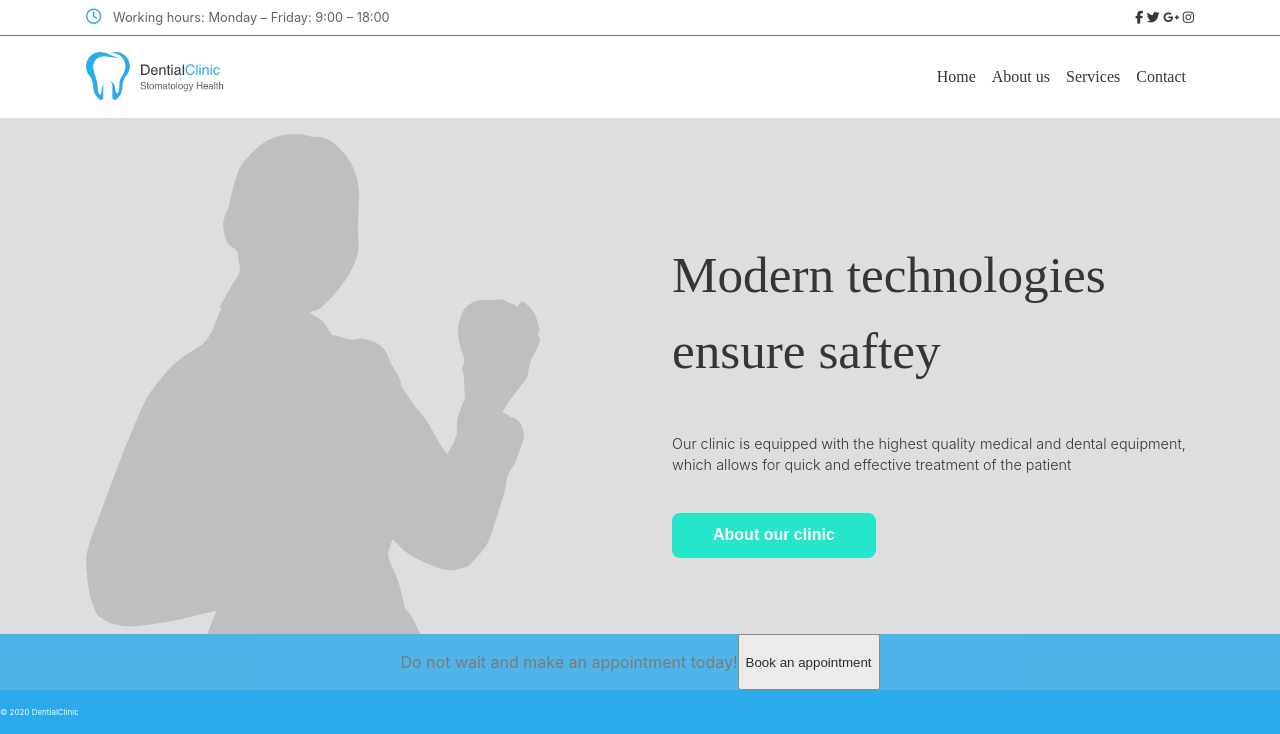
Repository: skepp4rn/uppgift1
Page: index.html
These files come from the project's save history. The page is drawn as it stood at one moment and after the next save; the edit follows.
The browser window is 1280 px wide. The pictures show the whole page.
Some web libraries are served in a nearby version.

Above is the page before, as saved 2020-12-01 20:21:28.

### index.html
<!DOCTYPE html>
<html lang="en">
<head>
    <meta charset="UTF-8">
    <meta name="viewport" content="width=device-width, initial-scale=1.0">
    <title>Document</title>

    <script src="https://kit.fontawesome.com/0abbda2fd3.js" crossorigin="anonymous"></script>
    <link rel="stylesheet" href="style.css">
</head>
<body>

    <nav class="navbar-top collapse">
        <div class="container">
            <div class="hours">
                <i class="far fa-clock"></i>
                Working hours: Monday – Friday: 9:00 – 18:00
            </div>
            <div class="#">
                <a href="#"><i class="fab fa-facebook-f"></i></a>
                <a href="#"><i class="fab fa-twitter"></i></a>
                <a href="#"><i class="fab fa-google-plus-g"></i></a>
                <a href="#"><i class="fab fa-instagram"></i></a>
            </div>
        </div>
    </nav>

    <nav class="navbar ">
        <div class="container">
            <a class="navbar-brand" href="#" >
                <img src="images/Logo.png" alt="">
            </a>
            <button class="navbar-toggler">
                <i class="fas fa-bars"></i>
            </button>
            <div class="collapse navbar-collapse">
                <div class="navbar-nav">
                    <a class="nav-link" href="#">Home</a>
                    <a class="nav-link" href="#">About us</a>
                    <a class="nav-link" href="#">Services</a>
                    <a class="nav-link" href="#">Contact</a>
                </div>
            </div>
        </div>
    </nav>

    <section id="showcase" class="bg-gray">
        <div class="container">
            <img src="images/placehold-girl.svg" alt="">
            <div class="content-box">
                <div class="content">
                    <h1>Modern technologies ensure saftey</h1>
                    <p>Our clinic is equipped with the highest quality medical and dental equipment, which allows for quick and effective treatment of the patient</p>
                    <button class="btn btn-green">About our clinic</button>
                </div>
            </div>
        </div>
    </section>












   <div class="grid">
        <section id="appointment">
            <div class="overlay d-flex justify-content-center">
                <p>Do not wait and make an appointment today!</p>
                <button>Book an appointment</button>
            </div>
        </section>
        <footer class="bg-blue">© 2020 DentialClinic</footer>
    </div>

</body>
</html>

### style.css
* {
    box-sizing: border-box;
}

html, body {
    font-weight: 400;
    font-family: -apple-system, BlinkMacSystemFont, 'Segoe UI', Roboto, Oxygen, Ubuntu, Cantarell, 'Open Sans', 'Helvetica Neue', sans-serif;
    line-height: 1.5;
    font-size: 16px;
    margin: 0;
    padding: 0;
    color: #626262;
}

.border {
    border: 1px solid black;
}

a {
    color: #363636;
    text-decoration: none;
    background-color: transparent;
}

a:hover {
    color: #25E6C8;
}

.bg-dark {
   background: #333333;
   color: #ffffff;
}

.bg-light {
    background: #f7f7f7;
    color: #333333;
}

.bg-gray {
    background-color: #DEDEDE;

}



.btn {
    display: inline-block;
    font-weight: 400;
    text-align: center;
    vertical-align: middle;
    padding: 0.80rem 2.5rem;
    border-radius: 0.5rem;
    border: 1px solid transparent;
    background-color: transparent;
    font-size: 1rem;

}

.btn-green {
    color: #ffffff;
    background-color: #25E6C8;
    font-weight: bold;
    margin-top: 1.4rem;


}

.btn-green:hover {
    cursor: pointer;
    background-color: #2BAAEC;
}



.collapse:not(.show) {
    display: none;
}

.container {
    width: 100%;
    padding: 0 1rem;
    margin: 0 auto;
}

.navbar-top {
    border-bottom: 1px solid #707070;
}

.navbar, .navbar-top {
    display: flex;
    justify-content: space-between;
    padding: 0.5rem 1rem;
}

.navbar .container, .navbar-top .container {
    display: flex;
    justify-content: space-between;
    align-items: center;
}

.navbar-top .container {
    font-size: 0.8rem;
}

.navbar-top .container .hours {
    color:#626262;
}

.navbar-top .container .hours i {
    color: #2BAAEC;
    margin-right: 0.5rem;
    font-size: 1.2em;
}

.navbar-top .container .socialmedia a {
    margin: 0 0.5rem;

}

.navbar-brand {
    display: inline-block;
    font-size: 1.5rem;
    color: black;
    margin-right: 1rem;
}

.navbar-brand img {
    height: 3rem;
    margin-top: 0.5rem;
}


.navbar-toggler {
    font-size: 2.5rem;
    color:#2BAAEC;
    background-color: transparent;
    border: 1px solid transparent;
}

.navbar-collapse {
    align-items: center;
}

.navbar-nav {
    display: flex;
    flex-direction: column;
    font-family: 'Roboto Slab', serif;

}

.nav-link {
    padding: 0;
    text-decoration: none;
}



#showcase .container {
    display: grid;
    grid-template-columns: 1fr 1fr;
    column-gap: 4rem;

    align-items: center;
}

#showcase .container img {
    height: 500px;
    margin-top: 1rem;


}

#showcase .container .content-box {
    align-self: center;
    color: #363636;
    font-weight: 300;
}

.content-box .content h1 {
    font-size: 3.2rem;
    font-family: 'Roboto Slab', serif;
    font-weight: 300;

}

.content-box .content p {
    font-size: 0.9rem;
}




.d-flex {
    display: flex;
}

.justify-content-center {
    justify-content: center;
}

#appointment {
    background-color: #DEDEDE;
}

.overlay {
    opacity: 80%;
    background-color: #2BAAEC;
}



footer {
    background-color: #2BAAEC;
    color: #f3fbff;
    padding: 1rem 0rem;
    font-size: 0.5rem;



}










@media (min-width: 768px) {
    .nav-link {
        padding-right: 0.5rem;
        padding-left: 0.5rem;
    }

    .navbar-nav {
        flex-direction: row;
    }

    .navbar-toggler {
        display: none;
    }

    .collapse:not(.show) {
        display: flex;
    }

    .container {
        max-width: 720px;
    }

}

@media (min-width: 992px) {
    .container {
        max-width: 960px;
    }
}

@media (min-width: 1200px) {
    .container {
        max-width: 1140px;
    }
}

After the next save:
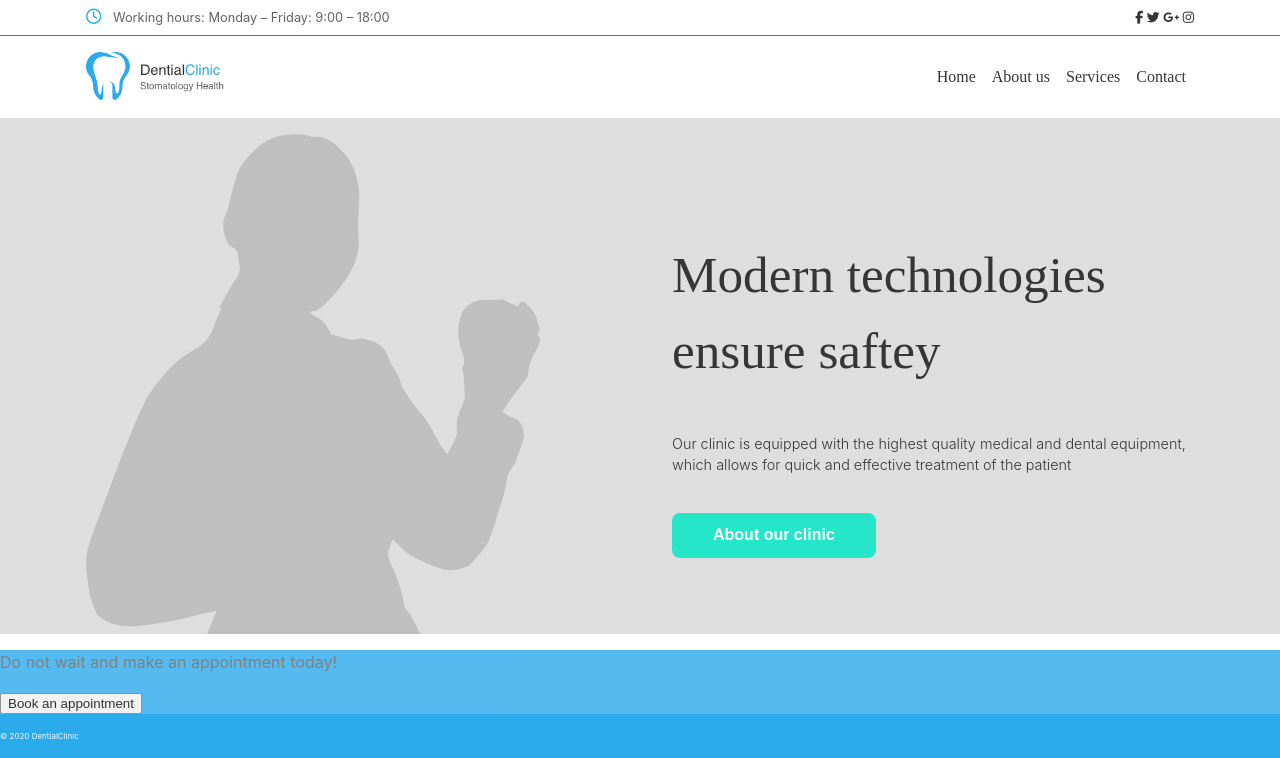
Saved 41 h 25 min later.
--- a/index.html
+++ b/index.html
@@ -69,8 +69,8 @@
 
 
    <div class="grid">
-        <section id="appointment">
-            <div class="overlay d-flex justify-content-center">
+        <section id="appointment bg-gray">
+            <div class="bg-blue overlay">
                 <p>Do not wait and make an appointment today!</p>
                 <button>Book an appointment</button>
             </div>

After the 2 saves that followed:
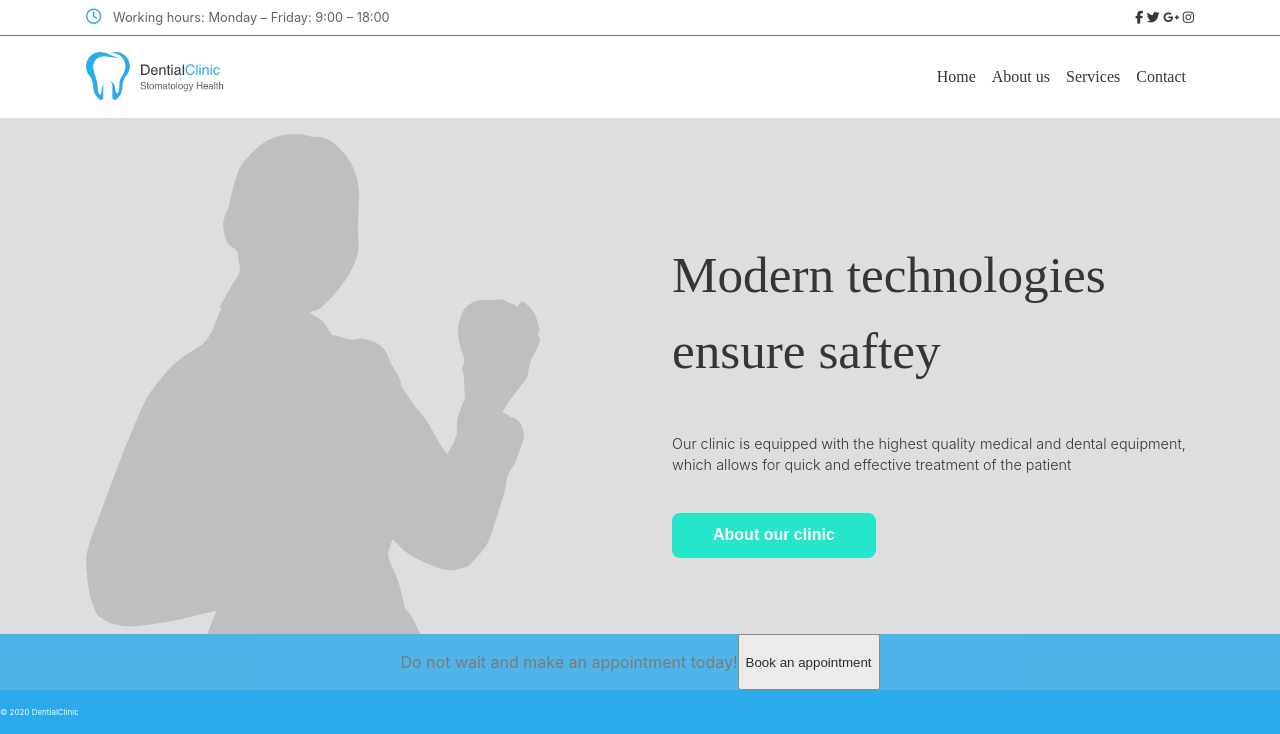
The 2 saves are shown as one change because 1 left the picture as it was.
The last was saved 65 s later.
--- a/index.html
+++ b/index.html
@@ -69,8 +69,8 @@
 
 
    <div class="grid">
-        <section id="appointment bg-gray">
-            <div class="bg-blue overlay">
+        <section id="appointment">
+            <div class="overlay d-flex justify-content-center">
                 <p>Do not wait and make an appointment today!</p>
                 <button>Book an appointment</button>
             </div>
